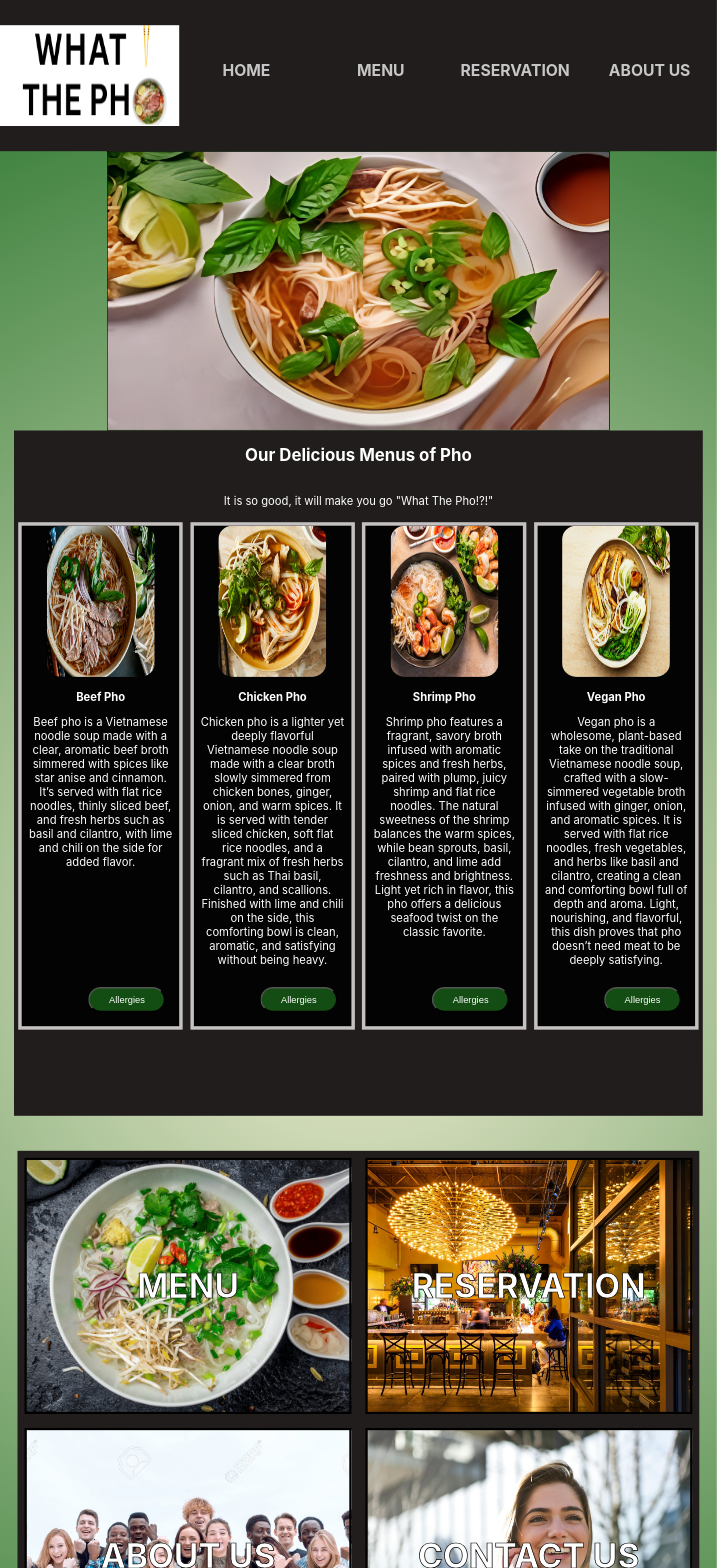
Repository: NguyenkhDang/Restaurant-Website
Page: /
An editor plug-in stored every save of this project. The page is shown before and after the next save, followed by the edit.
The browser window is 1024 px wide. The pictures show the part of the page from y = 0 to 2240 px (the page is 2696 px tall), at 70% of full size.
The project was rebuilt for these pictures with package versions that can differ from the ones it lists, and the page was loaded fresh each time. Also part of the build but not shown: src/Pages/MenuPage.js, src/CSS/ReservationForm.css, src/ReservationForm.js, src/Pages/ReservationPage.js, src/CSS/AboutUs.css, src/Pages/AboutUsPage.js, src/CSS/ContactUs.css, src/Pages/ContactUsPage.js.

Above is the page before, as saved 2026-01-19 00:13:23.

After the next save:
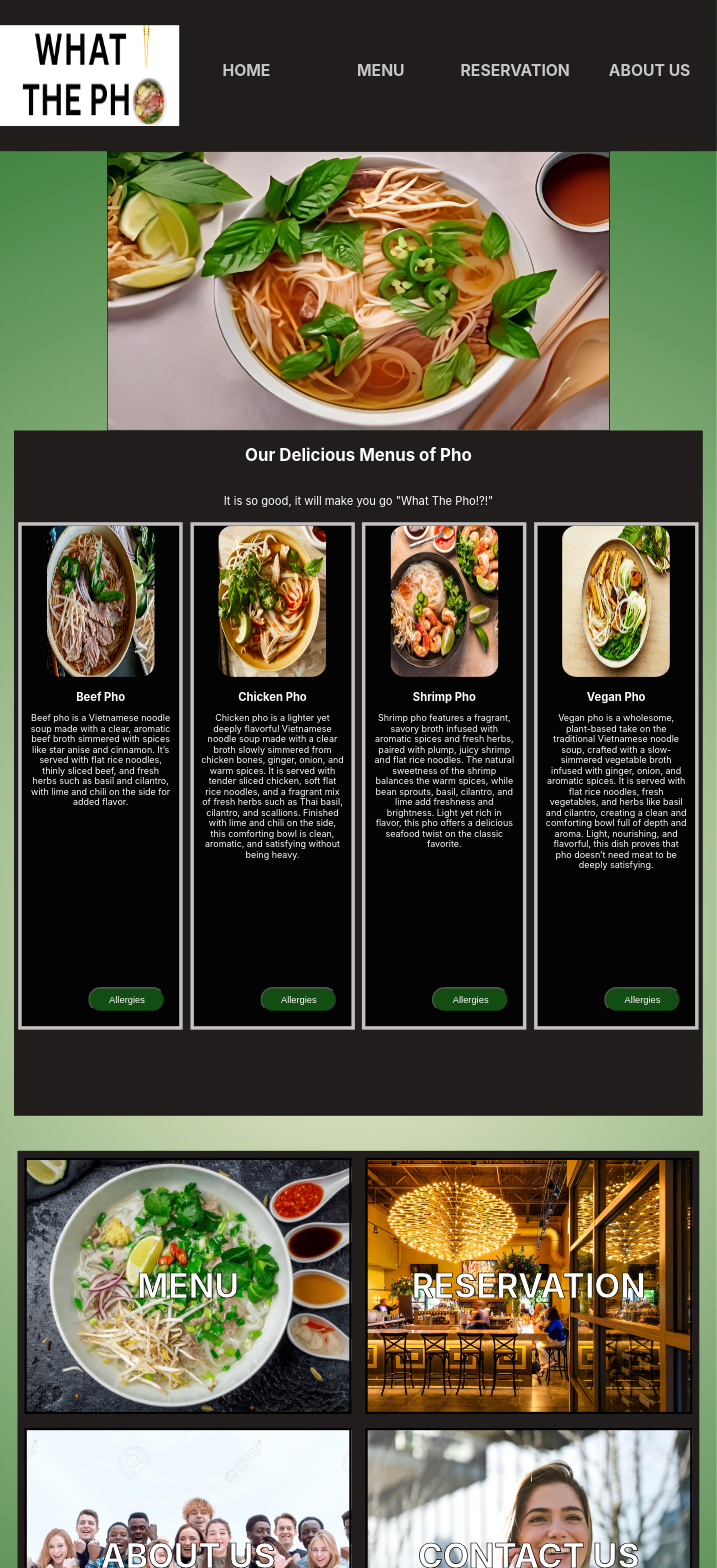
Saved 12 s later.
--- a/src/CSS/Readmore.css
+++ b/src/CSS/Readmore.css
@@ -57,6 +57,6 @@
 
 @media only screen and (max-width: 1024px ) {
   .descriptionContainer p{
-    width: auto;
+    font-size: 0.8em;
   }
 }
